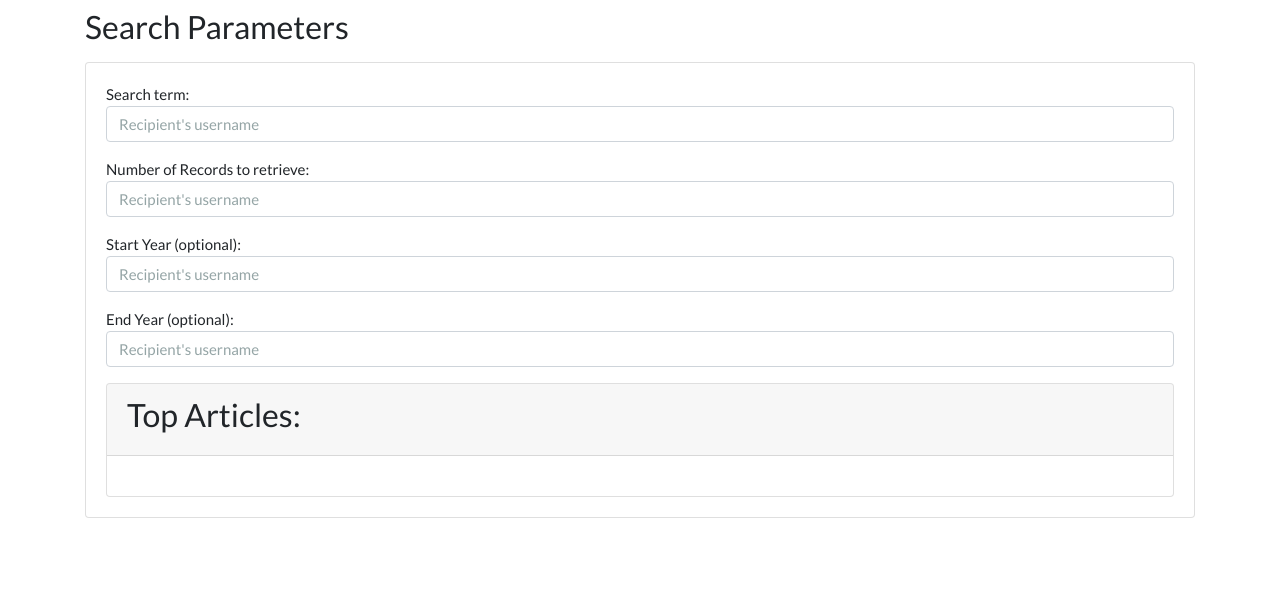
Repository: broganneagle/NYTSearch
Page: index.html
An editor plug-in stored every save of this project. The page is shown before and after the next save, followed by the edit.
The browser window is 1280 px wide. The pictures show the whole page.
Some web libraries are served in a nearby version.

Above is the page before, as saved 2020-06-26 13:51:12.

After the next save:
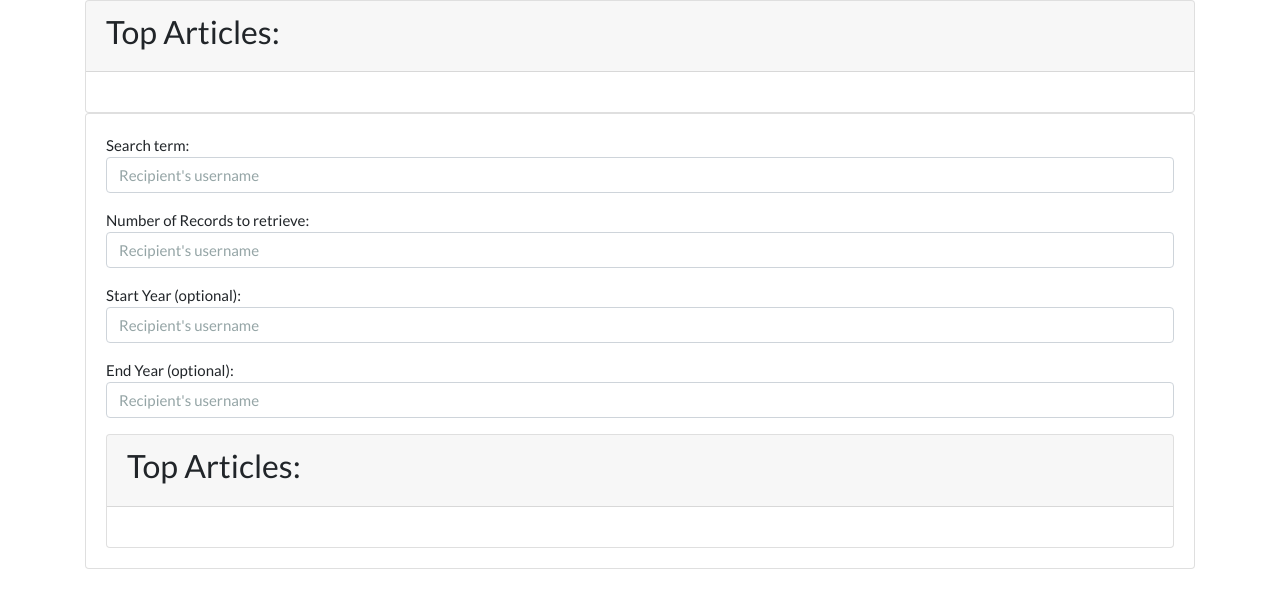
Saved 45 s later.
--- a/index.html
+++ b/index.html
@@ -12,7 +12,13 @@
 
 <body>
     <div class=container>
-        <p class="h3"><h3>Search Parameters</h3></p>
+        <div class="card">
+            <div class="card-header">
+              <h3>Top Articles:</h3>
+            </div>
+            <div class="card-body">
+            </div>
+          </div>
         <div class="card">
             <div class="card-body">
                 Search term:
